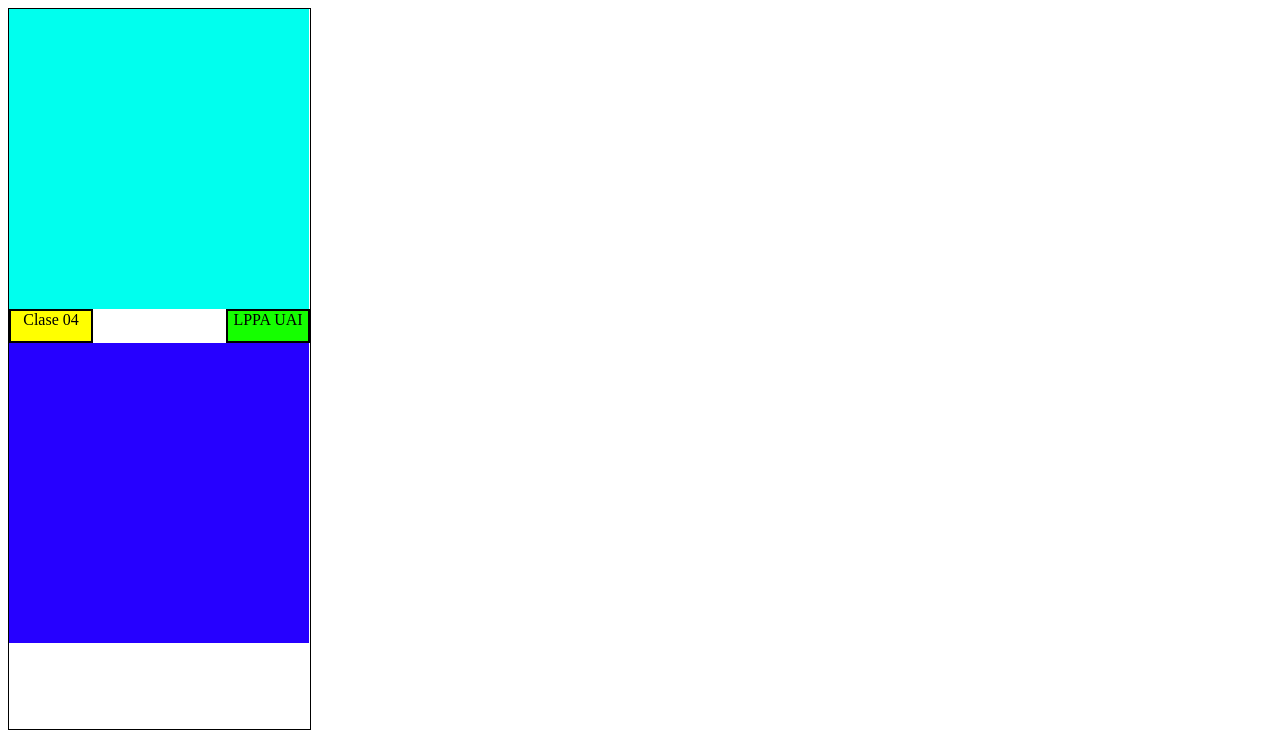
Repository: Divineridh/LPPAChallenges
Page: Trabajos en Clase/ejercicio clase 04-2/index.html
An editor plug-in stored every save of this project. The page is shown before and after the next save, followed by the edit.
The browser window is 1280 px wide. The pictures show the whole page.

Above is the page before, as saved 2022-04-26 21:01:09.

After the next save:
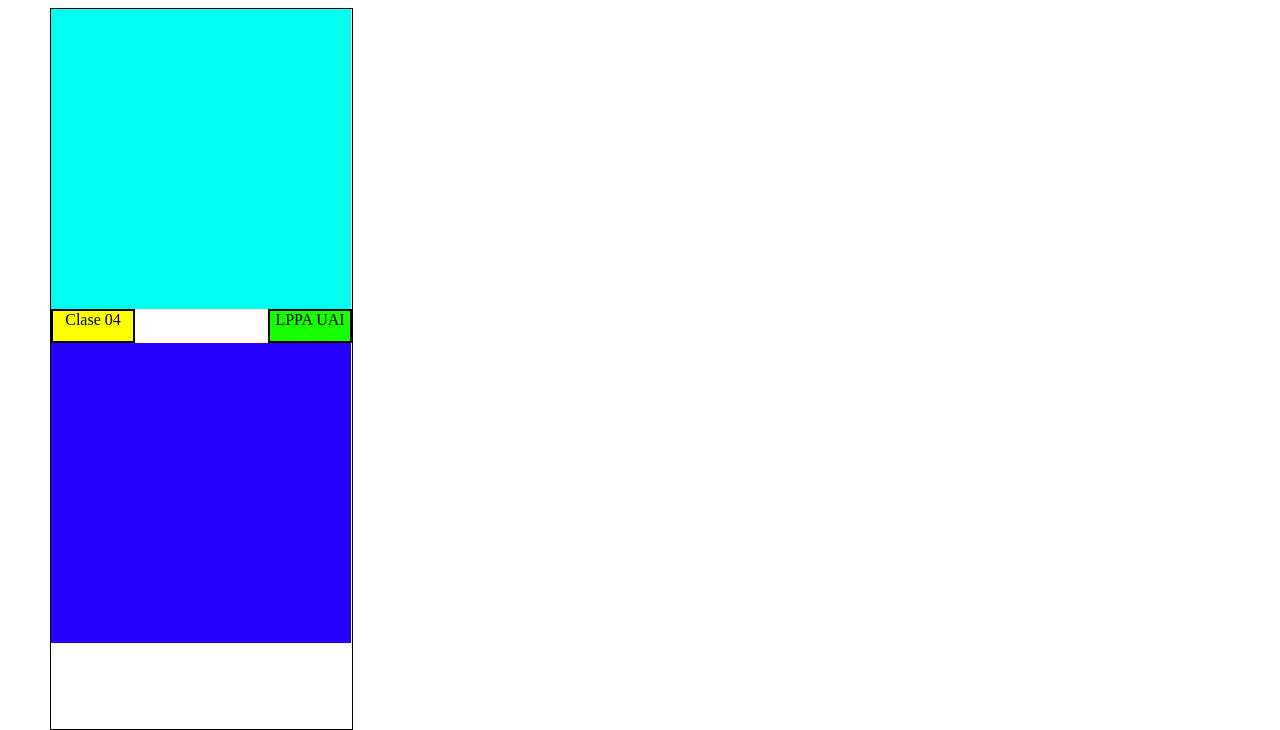
Saved 11 s later.
--- a/Trabajos en Clase/ejercicio clase 04-2/styles.css
+++ b/Trabajos en Clase/ejercicio clase 04-2/styles.css
@@ -1,7 +1,7 @@
 .container {
     width: 301px;
     height: 100%;
-    float: middle;
+    left: 50px;
     position: absolute;
     border: solid black 1px;
 }

After the save that followed:
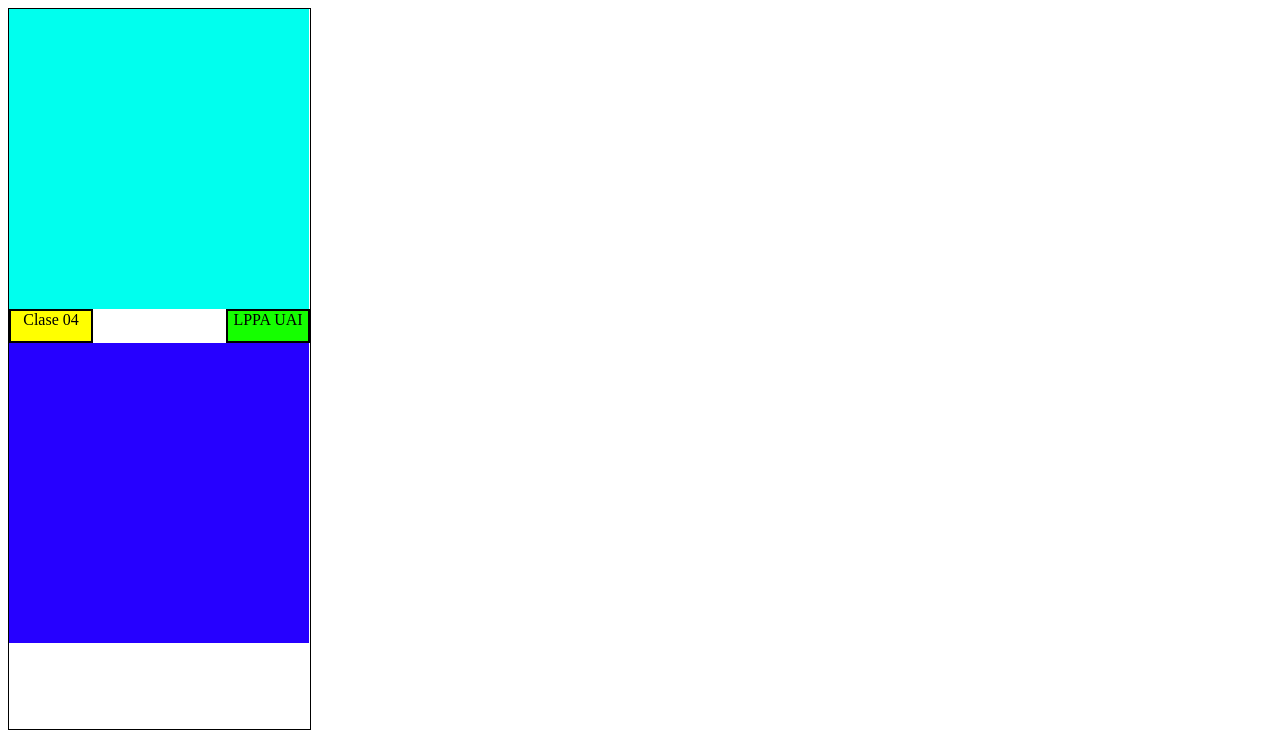
Saved 13 s later.
--- a/Trabajos en Clase/ejercicio clase 04-2/styles.css
+++ b/Trabajos en Clase/ejercicio clase 04-2/styles.css
@@ -1,7 +1,7 @@
 .container {
     width: 301px;
     height: 100%;
-    left: 50px;
+    left-margin: 200px;
     position: absolute;
     border: solid black 1px;
 }
